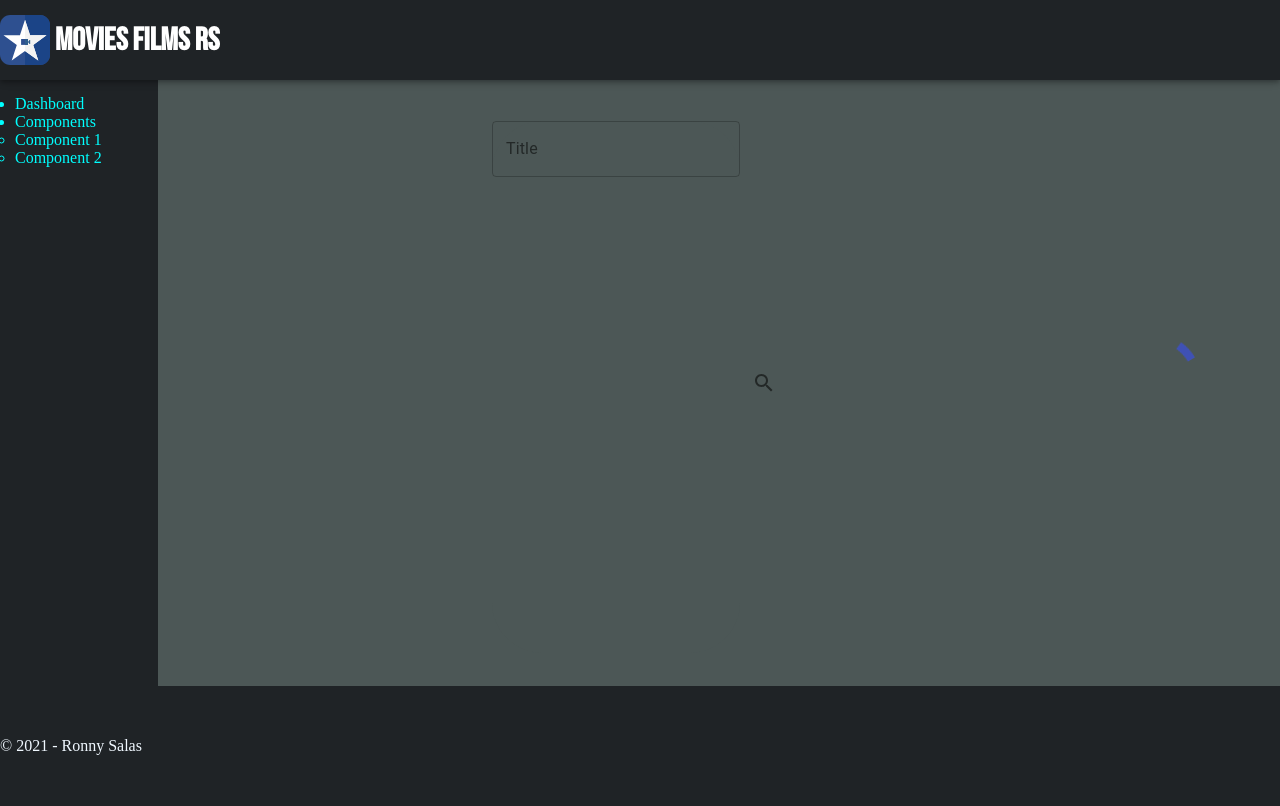
Repository: ronnysalas459/assigment-2
Page: /
The author's editor kept a copy of each file at every save. The page is drawn from the files as they stood at one save, then again after the next save.
The browser window is 1280 px wide. The pictures show the whole page.
The page's requests for data from a server got no answer. The project was rebuilt for these pictures with package versions that can differ from the ones it lists, and the page was loaded fresh each time. No one was signed in, and anything a server would have sent is missing. Also part of the build but not shown: src/contexts/DetailsContext.js, src/components/Films/Movie.js, src/components/Common/Messages.js, src/components/Films/Movies.js, src/components/Common/ButtonPrimary.js, src/components/Details/Detail.js, src/components/Details/index.js, src/components/NotFound/index.js.

Above is the page before, as saved 2021-08-31 20:43:26.

### src/index.js
import React from 'react';
import ReactDOM from 'react-dom';
import App from './App';

ReactDOM.render(<App />,document.querySelector('#root')
);

### src/App.js
import React from "react";
import { BrowserRouter, Switch, Route } from "react-router-dom";
import MoviesContextProvider from "./contexts/MoviesContext";
import DetailsContextProvider from "./contexts/DetailsContext";
import Films from "./components/Films";
import Details from "./components/Details";
import Header from "./components/Common/Header";
import Footer from "./components/Common/Footer";
import SideBar from "./components/Common/SideBar";
import NotFound from "./components/NotFound";
import "./assets/css/styles.css";

const App = () => (
  <BrowserRouter>
    <div className="container">
      <MoviesContextProvider>
      <Header />
      </MoviesContextProvider>
      <div className="content">
        <SideBar />
        <div className="projects">
          <Switch>
            <Route exact path="/">
              <MoviesContextProvider>
                <Films />
              </MoviesContextProvider>
            </Route>
            <Route path="/movie/:movie_id">
              <DetailsContextProvider>
                <Details />
              </DetailsContextProvider>
            </Route>
            <Route component={NotFound} />
          </Switch>
        </div>
      </div>
      <Footer />
    </div>
  </BrowserRouter>
);

export default App;

### src/contexts/MoviesContext.js
import React, { createContext, useState, useEffect } from "react";
import { popularGet, movieSearch } from "./../constants";

export const MoviesContext = createContext();

const MoviesContextProvider = ({ children }) => {
  const [doneFetch, setDoneFetch] = useState();
  const [currentQuery, setCurrentQuery] = useState("");
  const [text, setText] = useState("Top Movies");
  const [movies, setMovies] = useState([]);

  useEffect(() => {
    getPopularMovies();
  }, []);

  const getPopularMovies = () => {
    fetch(popularGet())
      .then((res) => res.json())
      .then((data) => {
        const { results }  = data;
        setDoneFetch(true);
        console.log(results);
        setMovies(results);
      })
      .catch((err) => console.log(err));
  };

  const getMovies = (query) => {
    fetch(movieSearch(query))
      .then((res) => res.json())
      .then((data) => {
        const { results } = data;
        setDoneFetch(true);
        console.log(results );
        setText(results.length ? "Results" : "No Results");
        setMovies(results);

      })
      .catch((err) => console.log(err));
  };

  const validateQuery = (
    e,
    query = document.querySelector("#query").value.toLowerCase().trim()
  ) => {
    if (e.type === "keypress" && e.key !== "Enter") return;
    const words = query.match(/\w+/g);
    query = words && words.join(" ");
    if (query && query !== currentQuery) {
      setCurrentQuery(query);
      setDoneFetch(false);
      getMovies(query);
    }
  };
  return (
    <MoviesContext.Provider value={{ doneFetch, text, movies, validateQuery }}>
      {children}
    </MoviesContext.Provider>
  );
};

export default MoviesContextProvider;

### src/components/Films/index.js
import React, { Fragment, useContext } from "react";
import { MoviesContext } from "./../../contexts/MoviesContext";
import SearchMovies from "./SearchMovies";
import Movies from "./Movies";
import ProgressBar from "./../Common/ProgressBar";
import  Message  from "./../Common/Messages";

const Films = () => {
  const { validateQuery, doneFetch, movies, text } = useContext(MoviesContext);

  return (
    <Fragment>
      <SearchMovies validateQuery={validateQuery} />
      {doneFetch ? (
        movies.length ? (
          console.log("voyyyyyyyyyy"),
          <Movies text={text} movies={movies} />
        ) : (
          <Message text={text} />
        )
      ) : (
          console.log("nooooooooo"),
        <ProgressBar />
      )}
    </Fragment>
  );
};

export default Films;

### src/components/Common/Header.js
import React from "react";
import { AppBar } from "@material-ui/core";
import { ReactComponent as Logo } from "./../../assets/img/movie.svg";
import "./../../assets/css/styles.css";
const Header = () => (
  <AppBar position="sticky">
      <div className="header-container">
            <Logo className="logo-container" />
            &nbsp;&nbsp;
        <h1>Movies Films RS</h1>
      </div>
  </AppBar>
);

export default Header;

### src/components/Common/Footer.js
import React from 'react'

const Footer = () => (
    <footer>
        <p> &copy; { new Date().getFullYear()} - Ronny Salas</p>
    </footer>
);


export default Footer;

### src/components/Common/SideBar.js
import React from "react";
import { ProSidebar, Menu, MenuItem, SubMenu } from "react-pro-sidebar";
import "./../../assets/css/styles.css";

const SideBar = () => (

    <aside className="aside">
      <ProSidebar>
        <Menu iconShape="square">
          <MenuItem>Dashboard</MenuItem>
          <SubMenu title="Components">
            <MenuItem>Component 1</MenuItem>
            <MenuItem>Component 2</MenuItem>
          </SubMenu>
        </Menu>
      </ProSidebar>
    </aside>

);
export default SideBar;

### src/assets/css/styles.css
/*FUENTES*/

@font-face {
  font-family: "TrebuchetMS";
  src: url("../fonts/TrebuchetMS.ttf");
  font-weight: normal;
  font-style: normal;
}
@font-face {
  font-family: "BebasNeue";
  src: url("../fonts/BebasNeue.otf");
  font-weight: normal;
  font-style: normal;
}

@font-face {
  font-family: "WebSymbolsRegular";
  src: url("../fonts/websymbols-regular-webfont.eot");
  src: url("../fonts/websymbols-regular-webfont.eot?#iefix")
      format("embedded-opentype"),
    url("../fonts/websymbols-regular-webfont.woff") format("woff"),
    url("../fonts/websymbols-regular-webfont.ttf") format("truetype"),
    url("../fonts/websymbols-regular-webfont.svg#WebSymbolsRegular")
      format("svg");
  font-weight: normal;
  font-style: normal;
}
.root {
  margin: 3vw;
}
* {
  margin: 0px;
  padding: 0px;
}

html {
  overflow-x: hidden;
}

.container{
  width:100%;
  height:auto;
}

.header-container {
  width: 100%;
  height: 80px;
  background-color: #1f2326 !important;
  font-family: BebasNeue;
  color: white;
  display: flex;
  flex-direction: row;
  flex-wrap: wrap;
  align-items: center;
}

.logo-container {
  display: block;
  height: 100%;
  width: 50px;
}
.logo-container h1 {
  color: aqua;
}
.content{
  display:flex;
  background-color: #4C5756;
}
.img-wrap {
  height: 150px;
  padding-top: 56.25%;
}
.aside{
  display:flex;
  min-height: 80vh;
  flex-basis: 10%;
  margin-right: 30px;
  padding: 15px;
  flex-direction: column;
  flex-wrap: wrap;
  color: aqua;
  background-color: #1f2326;
}

.projects{
  display:flex;
  flex-wrap: wrap;
  flex-basis: 80%;
}

footer {
  display:flex;
  flex-flow: row wrap;
  justify-content:flex-start;
  height:120px;
  align-items:center;
  background-color: #1f2326;
}
footer p {
    color:aliceblue;
    justify-content: center;
}
.paper {
  margin: 0px auto;
  margin-top: 25px;
	margin-bottom: 25px;
	margin-left: auto;
	margin-right: auto;
	max-width: 600px;
  background-color: #4C5756;
}
.search {
  display: flex;
  margin: 0px auto;
  margin-top: 25px;
	margin-bottom: 25px;
	margin-left: auto;
	margin-right: auto;
	max-width: 600px;

}
.iconSearch {
  float: right;
}
.defaultPaper {
	padding: 15px;
}

.project{
  flex-grow:1;
  flex-basis: 250px;
  margin-bottom: 25px;
  margin-right:20px;
  max-width: 345px;
}
.movie-details {
  height:800;
  width:500px;
  max-width: 345px,
}
.movie-details-img {
  height:640px;
  width:400px;
  padding: 10px;
}
.project img{
  width:80%;
}
.buttonPrimary,
.progressBar {
  display: flex;
  justify-content: center;
  align-items: center;
}


a {
	text-decoration: none;
}

.buttonPrimary,
.message,
.progressBar {
  margin: 10px;
}

.MuiTextField-root {
  width: 100%;
}

@media (max-width: 323px) {
  h1 {
    display: none;
  }
}

### src/constants/index.js
//HABILITAR PROXY INVERSO PARA CORS INTERCEPTOR
//const cors_anywhere = "https://cors-anywhere.herokuapp.com/";
const base_url = "https://api.themoviedb.org/3/";
const popular_movies_get = "movie/popular?";
const movie_search = "search/movie?";
const movies_get = "movie/";
const api_key = "api_key=2c4e30626dc1fcee2a373a9a71cf70f1";


export const popularGet = () => `${base_url}${popular_movies_get}${api_key}&page=1`;
export const moviesGet = movie_id => `${base_url}${movies_get}${movie_id}?${api_key}`;
export const movieSearch = query => `${base_url}${movie_search}${api_key}&query=${query}`;

### src/components/Films/SearchMovies.js
import React from 'react';
import Paper from "@material-ui/core/Paper";
import TextField from '@material-ui/core/TextField';
import IconButton from '@material-ui/core/IconButton';
import SearchIcon from '@material-ui/icons/Search';


const SearchMovies = ({ validateQuery }) => (
    <div className="search" >
        <TextField
            style={{ backgroundColor: '#4C5756', borderRadius: 50, padding: 'offset' }}
            id="query"
            label="Title"
            margin="normal"
            variant="outlined"
            onKeyPress = {(e) => validateQuery(e)}
        />
        <IconButton onClick={(e) => validateQuery(e)} >
            <SearchIcon />
        </IconButton>
    </div>
);

export default SearchMovies

### src/components/Common/ProgressBar.js
import React from 'react'
import CircularProgress from '@material-ui/core/CircularProgress';

const ProgressBar = () => (
    <div className="progressBar">
        <CircularProgress size = { 100 } />

    </div>
)


export default ProgressBar

Loaded but not shown: public/index.html (common file)

After the next save:
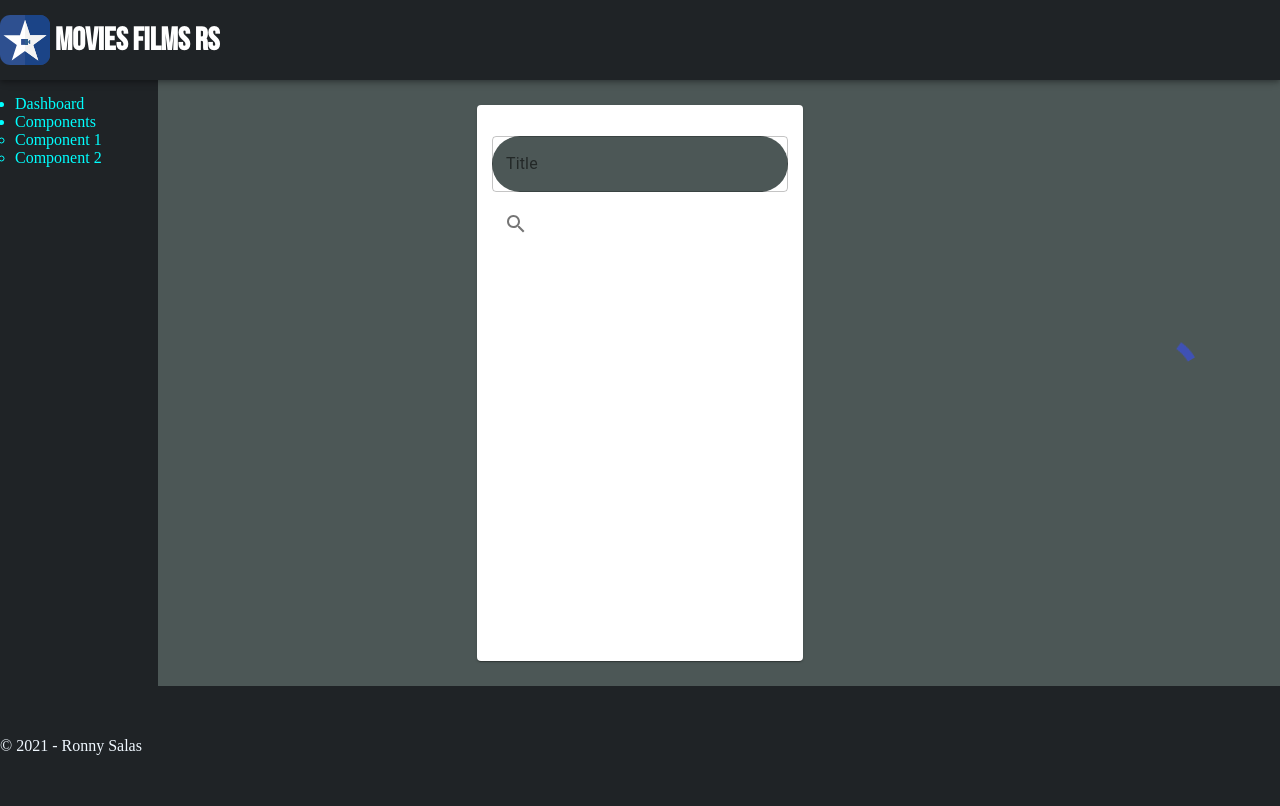
Saved 25 s later.
--- a/src/components/Films/SearchMovies.js
+++ b/src/components/Films/SearchMovies.js
@@ -6,7 +6,7 @@ import SearchIcon from '@material-ui/icons/Search';
 
 
 const SearchMovies = ({ validateQuery }) => (
-    <div className="search" >
+    <Paper className = "paper defaultPaper">
         <TextField
             style={{ backgroundColor: '#4C5756', borderRadius: 50, padding: 'offset' }}
             id="query"
@@ -15,10 +15,10 @@ const SearchMovies = ({ validateQuery }) => (
             variant="outlined"
             onKeyPress = {(e) => validateQuery(e)}
         />
-        <IconButton onClick={(e) => validateQuery(e)} >
+         <IconButton onClick={(e) => validateQuery(e)}>
             <SearchIcon />
         </IconButton>
-    </div>
+    </Paper>
 );
 
 export default SearchMovies
